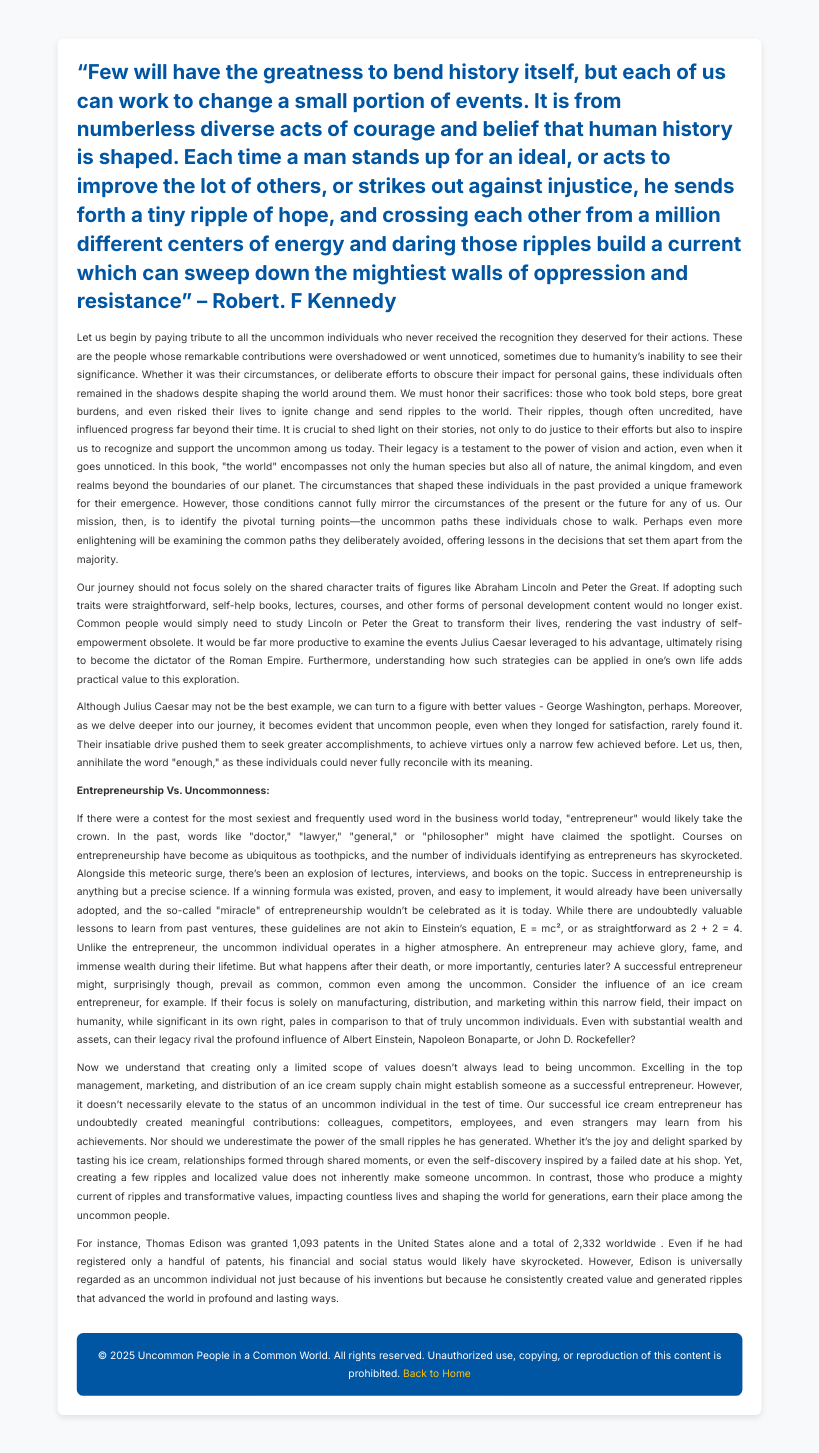
Repository: AvivGranot/Uncommon-Website
Page: Assets/Posts/post2.html
An editor plug-in stored every save of this project. The page is shown before and after the next save, followed by the edit.
The browser window is 1280 px wide. The pictures show the whole page, at 64% of full size.

Above is the page before, as saved 2025-01-09 10:04:50.

### Assets/Posts/post2.html
<!DOCTYPE html>
<html lang="en">
<head>
    <meta charset="UTF-8">
    <meta name="viewport" content="width=device-width, initial-scale=1.0">
    <title>Entrepreneurship vs. Uncommonness?</title>
    <link href="https://fonts.googleapis.com/css2?family=Inter:wght@400;700&display=swap" rel="stylesheet">
    <style>
        * {
            margin: 0;
            padding: 0;
            box-sizing: border-box;
        }

        body {
            font-family: 'Inter', sans-serif;
            background-color: #f8f9fa;
            color: #333;
            line-height: 1.8;
            padding: 20px;
        }

        .container {
            max-width: 1100px;
            margin: 40px auto;
            padding: 30px;
            background-color: #fff;
            border-radius: 10px;
            box-shadow: 0 4px 10px rgba(0, 0, 0, 0.1);
        }

        h1 {
            font-size: 2rem;
            margin-bottom: 20px;
            line-height: 1.4;
            color: #0056a3;
        }

        p {
            font-size: 1rem;
            margin-bottom: 15px;
            text-align: justify;
        }

        b {
            font-weight: bold;
        }

        u {
            text-decoration: underline;
        }

        .image {
    width: 100%; /* Responsive width */
    max-height: 600px; /* Adjust maximum height as needed */
    object-fit: contain; /* Maintains aspect ratio and avoids distortion */
    border-radius: 10px;
    margin: 15px 0;
}


        .footnote {
            font-size: 0.8rem;
            color: #666;
            margin-top: 10px;
        }

        footer {
            text-align: center;
            margin-top: 40px;
            padding: 20px;
            background-color: #0056a3;
            color: white;
            border-radius: 10px;
        }

        footer a {
            color: #ffc107;
            text-decoration: none;
        }

        footer a:hover {
            text-decoration: underline;
        }
    </style>
</head>
<body>
    <div class="container">
        <h1>“Few will have the greatness to bend history itself, but each of us can work to change a small portion of events. It is from numberless diverse acts of courage and belief that human history is shaped. Each time a man stands up for an ideal, or acts to improve the lot of others, or strikes out against injustice, he sends forth a tiny ripple of hope, and crossing each other from a million different centers of energy and daring those ripples build a current which can sweep down the mightiest walls of oppression and resistance” – Robert. F Kennedy</h1>
        <p>Let us begin by paying tribute to all the uncommon individuals who never received the recognition they deserved for their actions. These are the people whose remarkable contributions were overshadowed or went unnoticed, sometimes due to humanity’s inability to see their significance. Whether it was their circumstances, or deliberate efforts to obscure their impact for personal gains, these individuals often remained in the shadows despite shaping the world around them. We must honor their sacrifices: those who took bold steps, bore great burdens, and even risked their lives to ignite change and send ripples to the world. Their ripples, though often uncredited, have influenced progress far beyond their time. It is crucial to shed light on their stories, not only to do justice to their efforts but also to inspire us to recognize and support the uncommon among us today. Their legacy is a testament to the power of vision and action, even when it goes unnoticed. In this book, "the world" encompasses not only the human species but also all of nature, the animal kingdom, and even realms beyond the boundaries of our planet. The circumstances that shaped these individuals in the past provided a unique framework for their emergence. However, those conditions cannot fully mirror the circumstances of the present or the future for any of us. Our mission, then, is to identify the pivotal turning points—the uncommon paths these individuals chose to walk. Perhaps even more enlightening will be examining the common paths they deliberately avoided, offering lessons in the decisions that set them apart from the majority.</p>
        <p>Our journey should not focus solely on the shared character traits of figures like Abraham Lincoln and Peter the Great. If adopting such traits were straightforward, self-help books, lectures, courses, and other forms of personal development content would no longer exist. Common people would simply need to study Lincoln or Peter the Great to transform their lives, rendering the vast industry of self-empowerment obsolete. It would be far more productive to examine the events Julius Caesar leveraged to his advantage, ultimately rising to become the dictator of the Roman Empire. Furthermore, understanding how such strategies can be applied in one’s own life adds practical value to this exploration.</p>
        <p>Although Julius Caesar may not be the best example, we can turn to a figure with better values - George Washington, perhaps. Moreover, as we delve deeper into our journey, it becomes evident that uncommon people, even when they longed for satisfaction, rarely found it. Their insatiable drive pushed them to seek greater accomplishments, to achieve virtues only a narrow few achieved before. Let us, then, annihilate the word "enough," as these individuals could never fully reconcile with its meaning.</p>
        <p><b>Entrepreneurship Vs. Uncommonness:</b></p>
        <p>If there were a contest for the most sexiest and frequently used word in the business world today, "entrepreneur" would likely take the crown. In the past, words like "doctor," "lawyer," "general," or "philosopher" might have claimed the spotlight. Courses on entrepreneurship have become as ubiquitous as toothpicks, and the number of individuals identifying as entrepreneurs has skyrocketed. Alongside this meteoric surge, there’s been an explosion of lectures, interviews, and books on the topic. Success in entrepreneurship is anything but a precise science. If a winning formula was existed, proven, and easy to implement, it would already have been universally adopted, and the so-called "miracle" of entrepreneurship wouldn’t be celebrated as it is today. While there are undoubtedly valuable lessons to learn from past ventures, these guidelines are not akin to Einstein’s equation, E = mc², or as straightforward as 2 + 2 = 4. Unlike the entrepreneur, the uncommon individual operates in a higher atmosphere. An entrepreneur may achieve glory, fame, and immense wealth during their lifetime. But what happens after their death, or more importantly, centuries later? A successful entrepreneur might, surprisingly though, prevail as common, common even among the uncommon. Consider the influence of an ice cream entrepreneur, for example. If their focus is solely on manufacturing, distribution, and marketing within this narrow field, their impact on humanity, while significant in its own right, pales in comparison to that of truly uncommon individuals. Even with substantial wealth and assets, can their legacy rival the profound influence of Albert Einstein, Napoleon Bonaparte, or John D. Rockefeller?</p>
        <p>Now we understand that creating only a limited scope of values doesn’t always lead to being uncommon. Excelling in the top management, marketing, and distribution of an ice cream supply chain might establish someone as a successful entrepreneur. However, it doesn’t necessarily elevate to the status of an uncommon individual in the test of time. Our successful ice cream entrepreneur has undoubtedly created meaningful contributions: colleagues, competitors, employees, and even strangers may learn from his achievements. Nor should we underestimate the power of the small ripples he has generated. Whether it’s the joy and delight sparked by tasting his ice cream, relationships formed through shared moments, or even the self-discovery inspired by a failed date at his shop. Yet, creating a few ripples and localized value does not inherently make someone uncommon. In contrast, those who produce a mighty current of ripples and transformative values, impacting countless lives and shaping the world for generations, earn their place among the uncommon people.</p>
        <p>For instance, Thomas Edison was granted 1,093 patents in the United States alone and a total of 2,332 worldwide . Even if he had registered only a handful of patents, his financial and social status would likely have skyrocketed. However, Edison is universally regarded as an uncommon individual not just because of his inventions but because he consistently created value and generated ripples that advanced the world in profound and lasting ways.</p>














        <footer>
            &copy; 2025 Uncommon People in a Common World. All rights reserved. Unauthorized use, copying, or reproduction of this content is prohibited. <a href="index.html">Back to Home</a>
        </footer>
    </div>
</body>
</html>

After the next save:
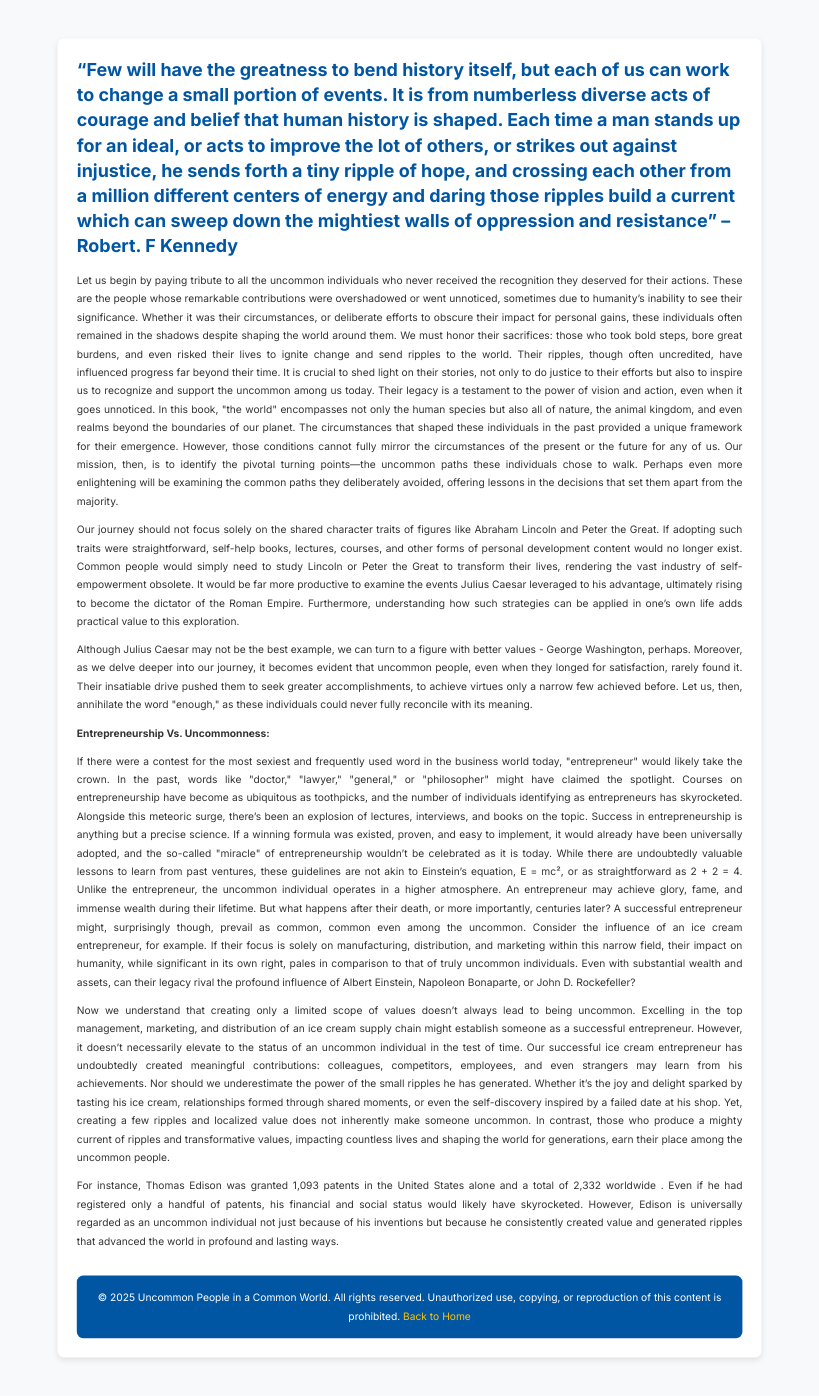
Saved 11 s later.
--- a/Assets/Posts/post2.html
+++ b/Assets/Posts/post2.html
@@ -30,7 +30,7 @@
         }
 
         h1 {
-            font-size: 2rem;
+            font-size: 1.75rem;
             margin-bottom: 20px;
             line-height: 1.4;
             color: #0056a3;
